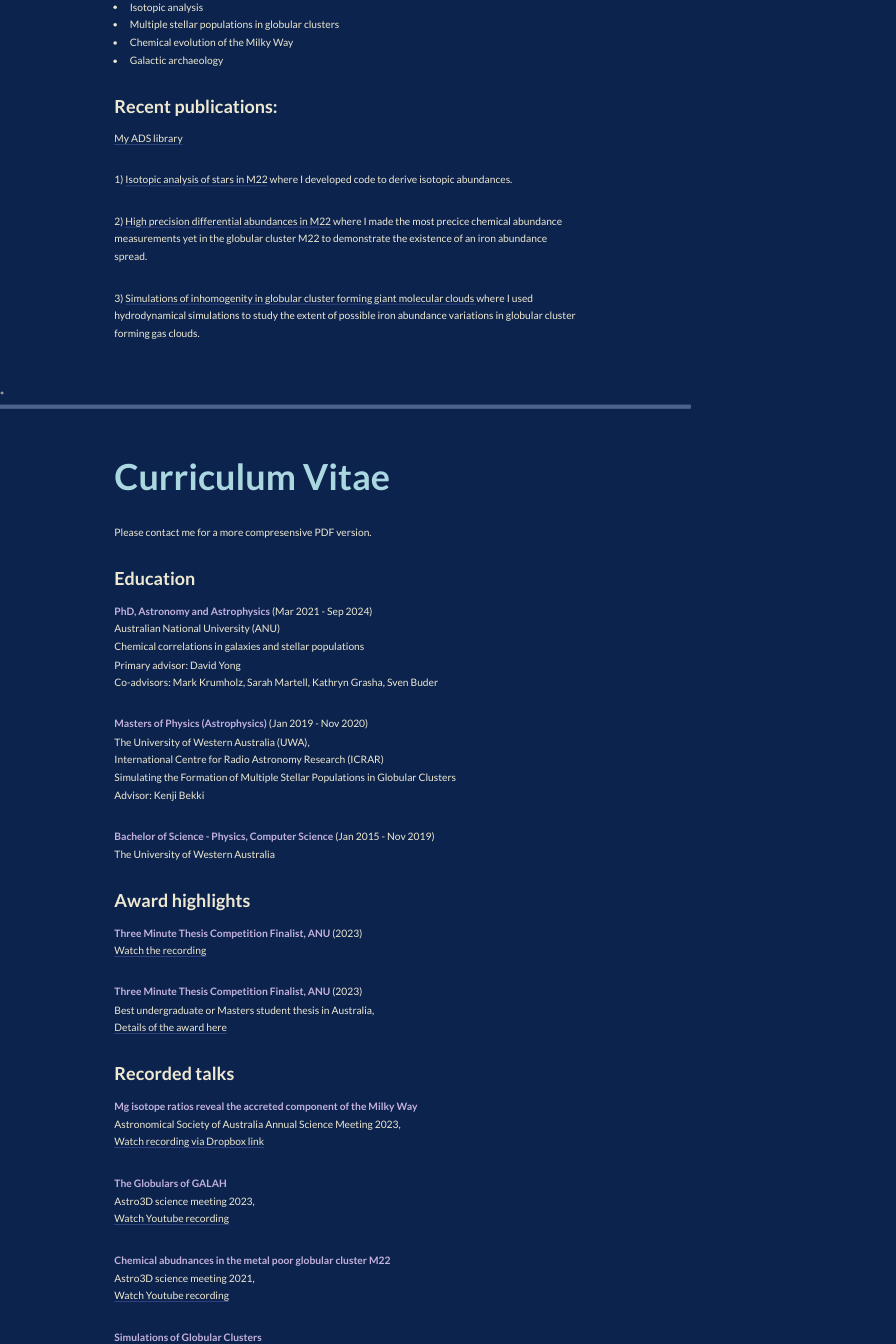
Repository: madeleine-mckenzie/madeleine-mckenzie.github.io
Page: index.html
The author's editor kept a copy of each file at every save. The page is drawn from the files as they stood at one save, then again after the next save.
The browser window is 1280 px wide. The pictures show the part of the page from y = 1290 to 3210 px (the page is 4096 px tall before and 4155 px after), at 70% of full size.
Backgrounds fixed to the window are drawn as part of the page.

Above is the page before, as saved 2023-11-12 16:48:49.

### index.html
<!DOCTYPE HTML>
<!--
    Read Only by HTML5 UP
    html5up.net | @ajlkn
    Free for personal and commercial use under the CCA 3.0 license (html5up.net/license)
-->
<html>
    <head>
        <title>M. McKenzie</title>
        <meta charset="utf-8" />
        <meta name="viewport" content="width=device-width, initial-scale=1, user-scalable=no" />
        <link rel="stylesheet" href="assets/css/main.css" />
        <style>
            /* Custom style */
            body {
                background: url('images/2023_ANU_3MT_20230727_ANU2022 3.jpg') no-repeat center center fixed;
                background-size: cover;
            }
        </style>
    </head>
    <body class="is-preload">

        <!-- Header -->
        <section id="header">
            <header>
                <!-- Avatar image next to name -->
                <span class="image avatar"><img src="images/IG_DP.jpeg" alt="Madeleine L. McKenzie" /></span>
                <h1>Madeleine L. McKenzie</h1>
                <p>PhD candidate at the Australian National University </p>
                <p> <a href="mailto:madeleine.mckenzie@anu.edu.au">madeleine.mckenzie@anu.edu.au</a></p>
            </header>
            <nav id="nav">
                <ul>
                    <li><a href="#one" class="active">About</a></li>
                    <li><a href="#two">My Research</a></li>
                    <li><a href="#three">CV</a></li>
                    <li><a href="#four">Resources</a></li>
                    <li><a href="#five">Contact</a></li>
                </ul>
            </nav>
        </section>

        <!-- Wrapper -->
        <div id="wrapper">

            <!-- Main -->
            <div id="main">

                <!-- One -->
                <section id="one">
                    <div class="image main" data-position="center">
                        <!-- Top banner image -->
                        <img src="images/2023_ANU_3MT_20230727_ANU2022.jpg" alt="" />
                    </div>
                    <div class="container">
                        <header class="major">
                            <h2>Hi</h2>
                        </header>
                        <p>I'm Madeleine, an Australian astrophysicist interested in globular clusters all things Milky Way. I was born and raised in Perth, Western Australia,
                            and completed my undergraduate degree and Masters of Astrophysics at the University of Western Australia and International Centre
                            for Radio Astronomy Research. My Masters thesis, titled <b>Simulating the Formation of Multiple Stellar Populations in Globular Clusters</b>, was supervised
                            by Professor Kenji Bekki. I am currently a <b>PhD candidate at the Australian National University</b>, supervised by Dr. David Yong and
                            Professor Mark Krumholz. I primarily work on high precision spectroscopy and isotopic analysis of globular clusters.
                            I am in my final year of my PhD and am currently applying for postdoc positions.
                        </p>
                    </div>
                </section>

                <!-- Two -->
                <section id="two">
                    <div class="container">
                        <header class="major">
                            <h2>My Research</h2>
                        </header>
                        <h3>My research interests include:</h3>
                        <p><ul>
                                <li>High precision spectroscopy</li>
                                <li>Isotopic analysis</li>
                                <li>Multiple stellar populations in globular clusters</li>
                                <li>Chemical evolution of the Milky Way</li>
                                <li>Galactic archaeology</li>
                            </ul>
                        <h3>Recent publications:</h3>
                        <p><a href="https://ui.adsabs.harvard.edu/user/libraries/K8q3Fv2nS-eG0YgK9U_ysw">My ADS library</a></p>

                        <p>1) <a href="https://ui.adsabs.harvard.edu/abs/2023MNRAS.tmp.2870M/abstract">Isotopic analysis of stars in M22</a> where I developed code to
                        derive isotopic abundances.</p>
                        <p>2) <a href="https://ui.adsabs.harvard.edu/abs/2022MNRAS.516.3515M/abstract">High precision differential abundances in M22</a> where I
                        made the most precice chemical abundance measurements yet in the globular cluster M22 to demonstrate the existence of an iron abundance spread.</p>
                        <p>3) <a href="https://ui.adsabs.harvard.edu/abs/2022MNRAS.516.3515M/abstract">Simulations of inhomogenity in globular cluster forming giant
                            molecular clouds </a> where I used hydrodynamical simulations to study the extent of possible iron abundance variations in
                             globular cluster forming gas clouds.</p>
                        </p>

                    </div>*
                </section>

                <!-- three -->
                <section id="three">
                    <div class="container">
                        <header class="major">
                            <h2>Curriculum Vitae</h2>
                        </header>
                        <p>Please contact me for a more compresensive PDF version.</p>

                        <h3>Education</h3>
                        <p><b>PhD, Astronomy and Astrophysics </b>  (Mar 2021 - Sep 2024)<br />
                            Australian National University (ANU)<br />
                            Chemical correlations in galaxies and stellar populations<br />
                            Primary advisor: David Yong<br />
                            Co-advisors: Mark Krumholz, Sarah Martell, Kathryn Grasha, Sven Buder
                        </p>
                        <p> <b>Masters of Physics (Astrophysics)</b>  (Jan 2019 - Nov 2020)<br />
                            The University of Western Australia (UWA),<br />
                            International Centre for Radio Astronomy Research (ICRAR)<br />
                            Simulating the Formation of Multiple Stellar Populations in Globular Clusters <br />
                            Advisor: Kenji Bekki
                        </p>
                        <p> <b>Bachelor of Science - Physics, Computer Science </b>  (Jan 2015 - Nov 2019)<br />
                            The University of Western Australia</p>
                        </p>

                        <h3>Award highlights</h3>
                        <p><b>Three Minute Thesis Competition Finalist, ANU </b>  (2023)<br />
                        <a href="https://www.youtube.com/watch?v=GKc33CGIitY&t=3706s">Watch the recording</a>
                        </p>

                        <p><b>Three Minute Thesis Competition Finalist, ANU </b>  (2023)<br />
                            Best undergraduate or Masters student thesis in Australia, <br />
                            <a href="https://asa.astronomy.org.au/prizes_and-grants/prizes-awards/bok-prize/">Details of the award here</a>
                            </p>

                        <h3>Recorded talks</h3>

                        <p><b>Mg isotope ratios reveal the accreted component of the Milky Way </b> <br />
                            Astronomical Society of Australia Annual Science Meeting 2023, <br />
                            <a href="https://www.dropbox.com/scl/fo/u4ltsiigp58la88ctc9fa/h/DAY%204/MASON%20THEATRE/Day%204_Session%2013A.3_Madeleine%20McKenzie.mov?rlkey=amzaq17vsae1m4esvlgar2m0k&dl=0 ">Watch recording via Dropbox link</a>
                            </p>

                        <p><b>The Globulars of GALAH </b> <br />
                            Astro3D science meeting 2023, <br />
                            <a href="https://www.youtube.com/watch?v=rzf3bCFw7u4&ab_channel=ASTRO3D">Watch Youtube recording</a>
                            </p>

                        <p><b>Chemical abudnances in the metal poor globular cluster M22 </b> <br />
                            Astro3D science meeting 2021, <br />
                            <a href="https://www.youtube.com/watch?v=3hCc7SoufvI&ab_channel=ASTRO3D">Watch Youtube recording</a>
                            </p>

                        <p><b>Simulations of Globular Clusters </b> <br />
                            Astronomical Society of Australia Annual Science Meeting Bok Prize lecture 2021, <br />
                            <a href="https://www.youtube.com/watch?v=-FdlgHLuMKA&t=148s&ab_channel=AstronomicalSocietyofAustralia">Watch Youtube recording</a>
                            </p>

                    </div>
                </section>

                 <!-- four -->
                 <section id="four">
                    <div class="container">
                        <header class="major">
                            <h2>Resources & Outreach</h2>
                        </header>
                        <p>Surveying the Milky Way Conference 2023 poster</p>

                    </div>
                </section>

                <!-- Three -->
                <section id="five">
                    <div class="container">
                        <header class="major">
                            <h2>Get in touch</h2>
                        </header>
                        <p>University email: <a href="mailto:madeleine.mckenzie@anu.edu.au">madeleine.mckenzie@anu.edu.au</a></p>
                        <p>Gmail: <a href="mailto:madeleine.l.mckenzie@gmail.com">madeleine.l.mckenzie@gmail.com</a></p>
                        <p>Twitter: <a href="https://twitter.com/MadellanicCloud" target="_blank">@MadellanicCloud</a></p>
                    </div>
                </section>

            </div>

            <!-- Footer -->
            <section id="footer">
                <div class="container">
                    <ul class="copyright">
                        <li>&copy; M. McKenzie</li>
                        <li>Design: <a href="http://html5up.net">HTML5 UP</a></li>
                    </ul>
                </div>
            </section>

        </div>

        <!-- Scripts -->
        <script src="assets/js/jquery.min.js"></script>
        <script src="assets/js/jquery.scrollex.min.js"></script>
        <script src="assets/js/jquery.scrolly.min.js"></script>
        <script src="assets/js/browser.min.js"></script>
        <script src="assets/js/breakpoints.min.js"></script>
        <script src="assets/js/util.js"></script>
        <script src="assets/js/main.js"></script>

    </body>
</html>

Loaded but not shown: assets/css/fontawesome-all.min.css (library); assets/js/jquery.min.js (library); assets/js/jquery.scrollex.min.js (common file); assets/js/jquery.scrolly.min.js (common file); assets/js/browser.min.js (common file); assets/js/breakpoints.min.js (common file); assets/js/util.js (587 lines, source omitted); assets/js/main.js (159 lines, source omitted); assets/css/main.css (3340 lines, source omitted)

After the next save:
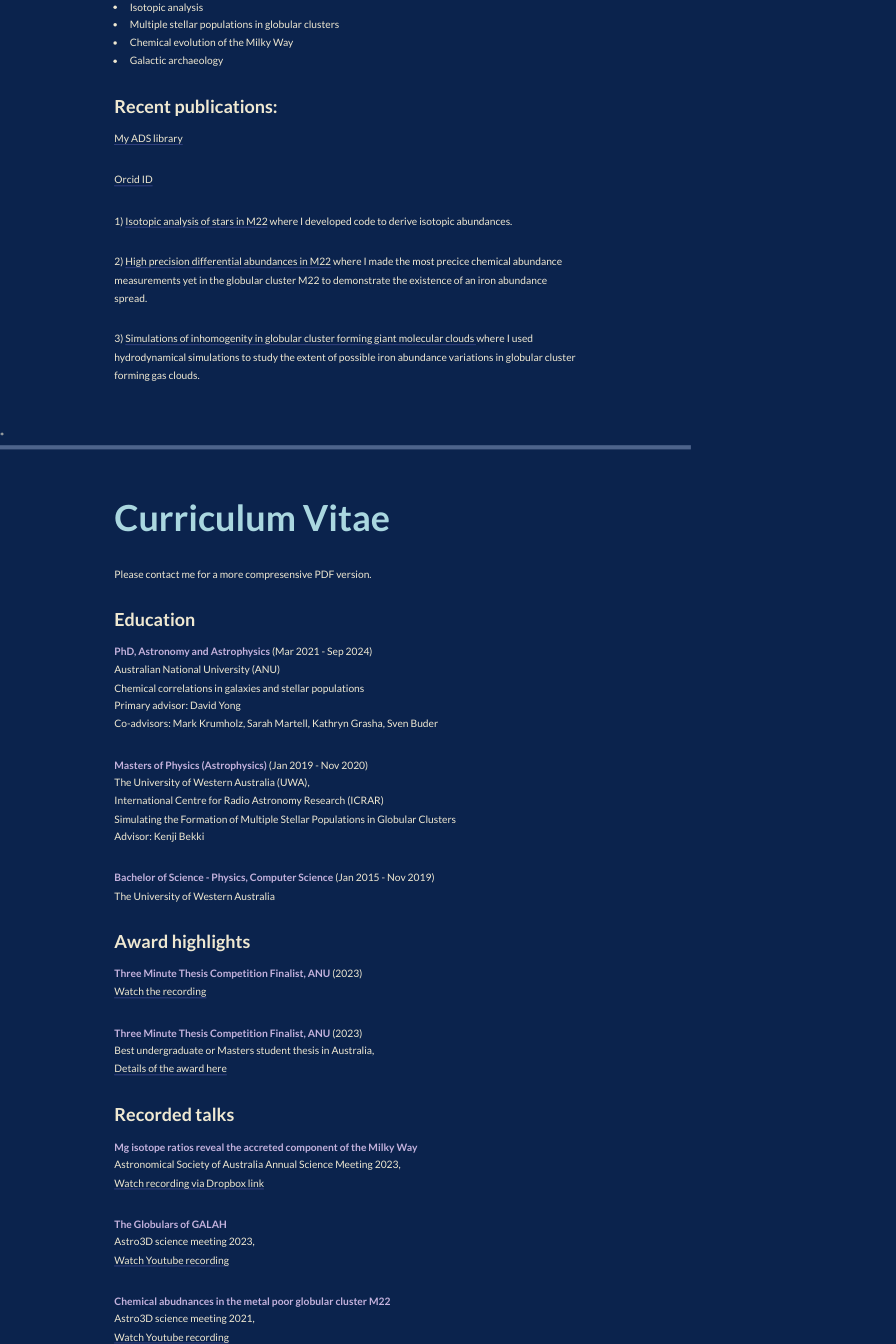
Saved 17 s later.
--- a/index.html
+++ b/index.html
@@ -82,6 +82,7 @@
                             </ul>
                         <h3>Recent publications:</h3>
                         <p><a href="https://ui.adsabs.harvard.edu/user/libraries/K8q3Fv2nS-eG0YgK9U_ysw">My ADS library</a></p>
+                        <p><a href="https://ui.adsabs.harvard.edu/user/libraries/K8q3Fv2nS-eG0YgK9U_ysw">Orcid ID</a></p>
 
                         <p>1) <a href="https://ui.adsabs.harvard.edu/abs/2023MNRAS.tmp.2870M/abstract">Isotopic analysis of stars in M22</a> where I developed code to
                         derive isotopic abundances.</p>
